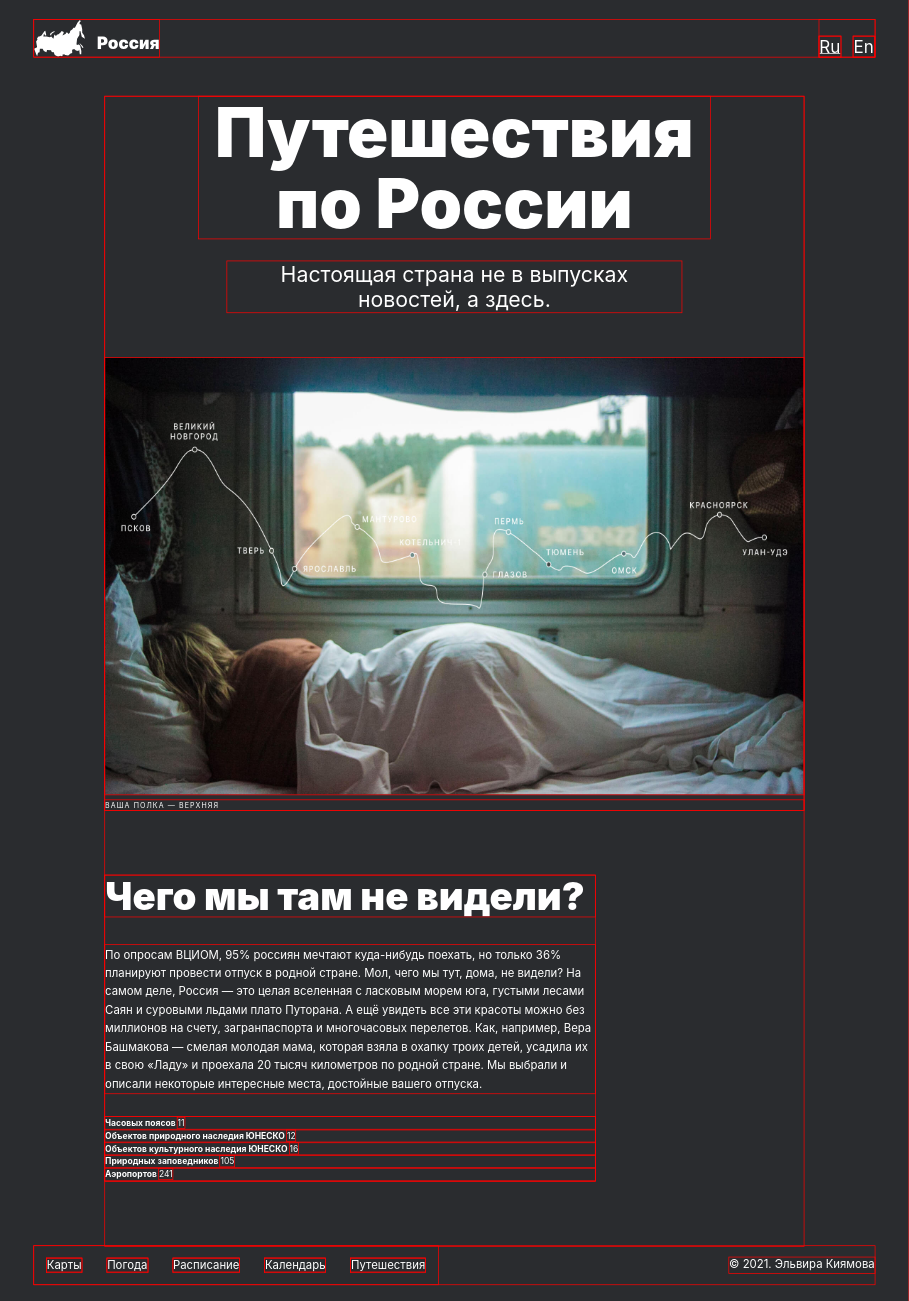
Repository: 89373611988/russia-travel
Page: index.html
These files come from the project's save history. The page is drawn as it stood at one moment and after the next save; the edit follows.
The browser window is 1280 px wide. The pictures show the whole page, at 71% of full size.
Some web fonts or font styles are not loaded; a fallback is used.

Above is the page before, as saved 2021-12-18 19:30:06.

After the next save:
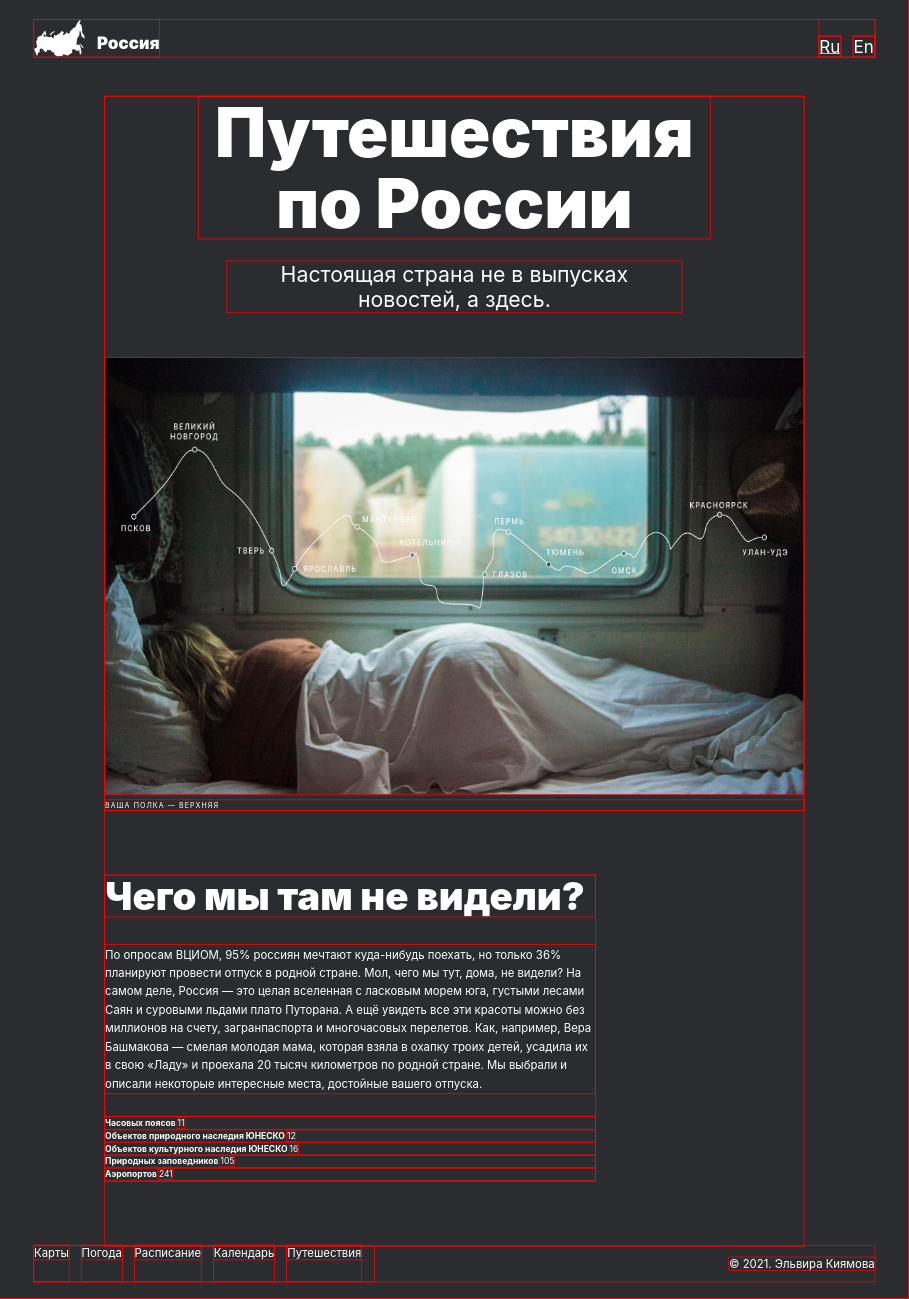
Saved 5 s later.
--- a/blocks/footer/__item/footer__item.css
+++ b/blocks/footer/__item/footer__item.css
@@ -1,4 +1,4 @@
 .footer__item {
   list-style-type: none;
-  margin: 18px;
+  margin-right: 18px;
 }
